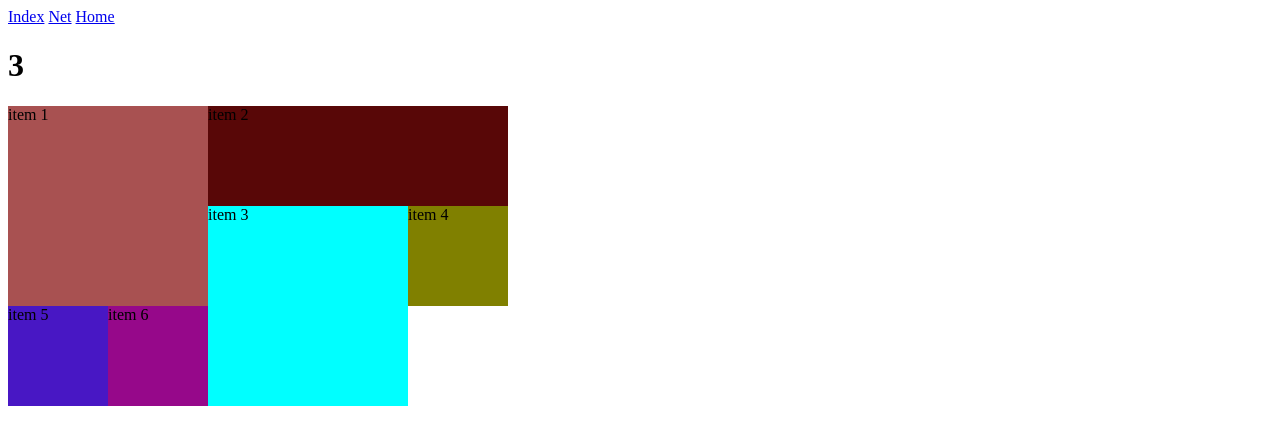
Repository: Nguyen-Toan-2004/du-an-test
Page: product.htm
These files come from the project's save history. The page is drawn as it stood at one moment and after the next save; the edit follows.
The browser window is 1280 px wide. The pictures show the whole page.

Above is the page before, as saved 2025-10-22 20:07:48.

After the next save:
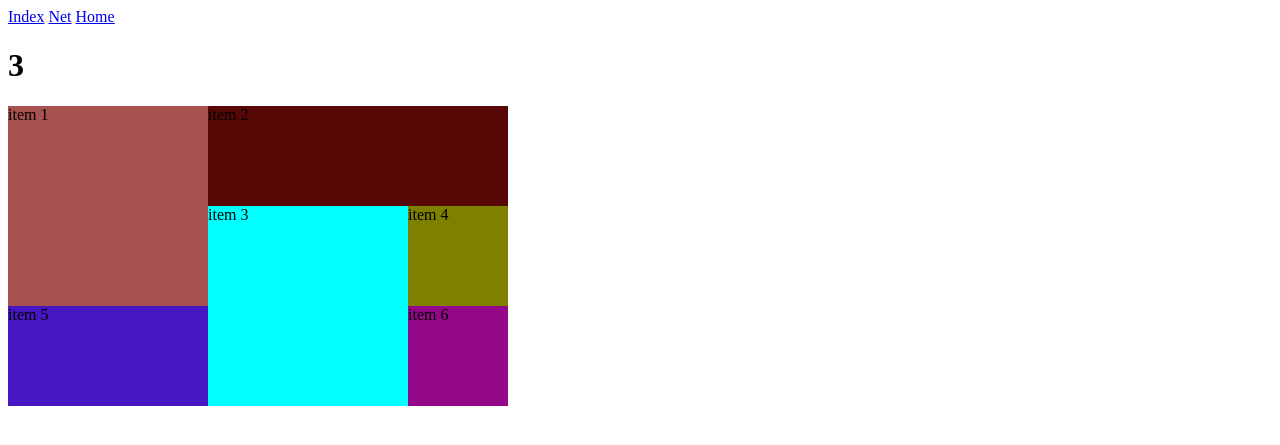
Saved 4 s later.
--- a/product.htm
+++ b/product.htm
@@ -46,6 +46,9 @@
       }
       .box5{
         background: #4817c4;
+
+        grid-column-start: 1;
+        grid-column-end:3 ;
       }
       .box6{
         background: #96088a;
